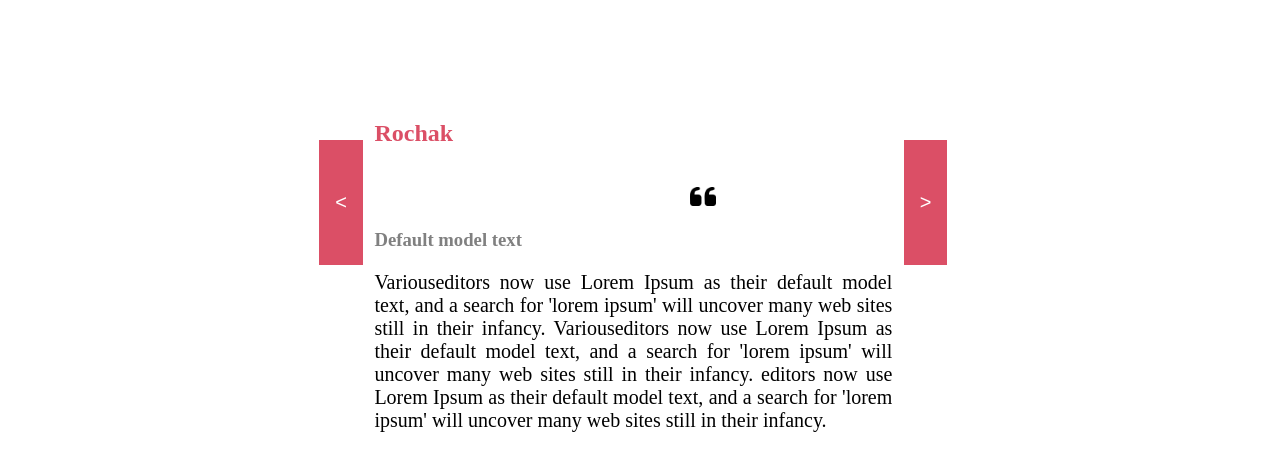
Repository: AVINKUMARP/gifts
Page: demo2.html
The author's editor kept a copy of each file at every save. The page is drawn from the files as they stood at one save, then again after the next save.
The browser window is 1280 px wide. The pictures show the whole page.

Above is the page before, as saved 2023-08-24 14:11:35.

After the next save:
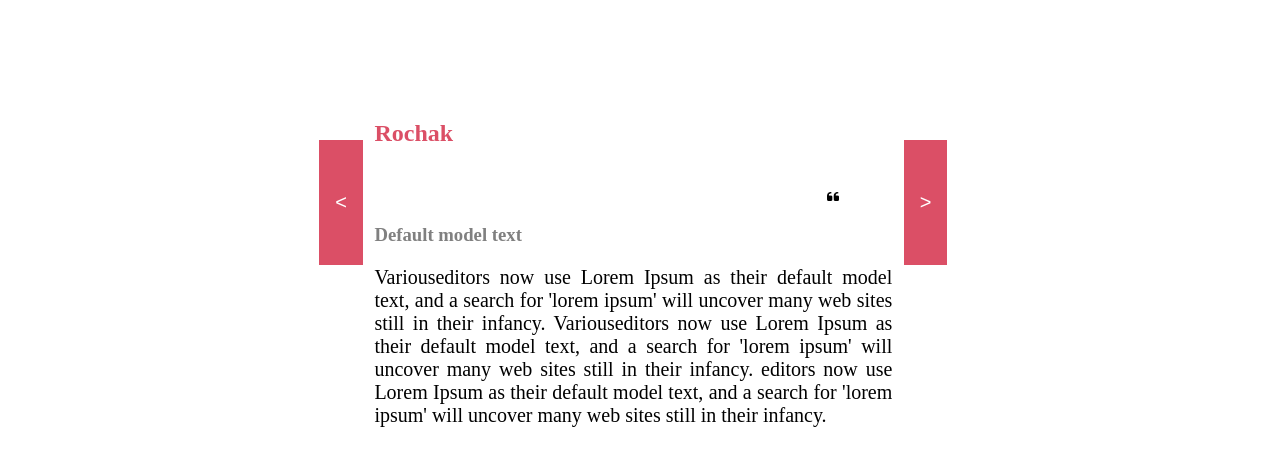
Saved 20 s later.
--- a/demo2.html
+++ b/demo2.html
@@ -54,7 +54,7 @@
         }
         .cicon{
             padding-top: 20px;
-            padding-left: 200px;
+            padding-left: 400px;
         }
     </style>
 </head>
